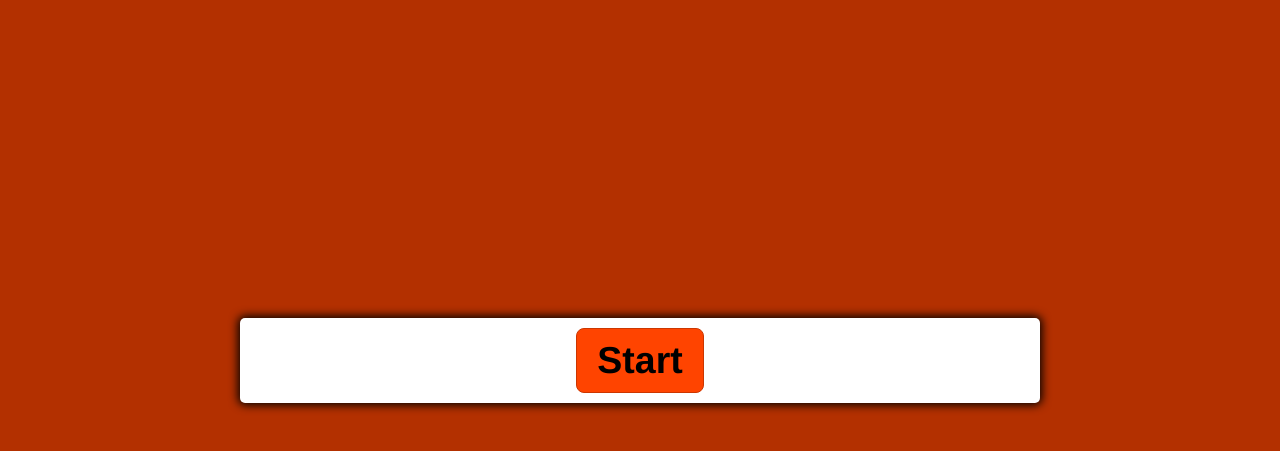
Repository: Vshepard879/Code-Quiz
Page: index.html
These files come from the project's save history. The page is drawn as it stood at one moment and after the next save; the edit follows.
The browser window is 1280 px wide. The pictures show the whole page.

Above is the page before, as saved 2022-03-18 05:10:26.

After the next save:
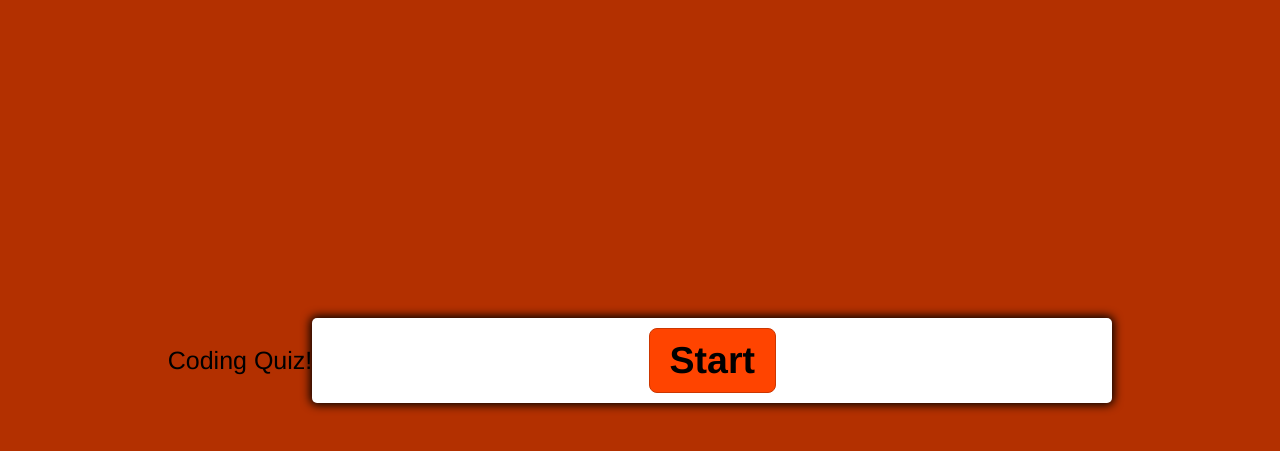
Saved 84 s later.
--- a/index.html
+++ b/index.html
@@ -9,6 +9,7 @@
     <title>Quiz App</title>
 </head>
 <body>
+    <header>Coding Quiz!</header>
     <div class="container">
         <div id="question-container" class="hide">
                 <div id="question">Question</div>
